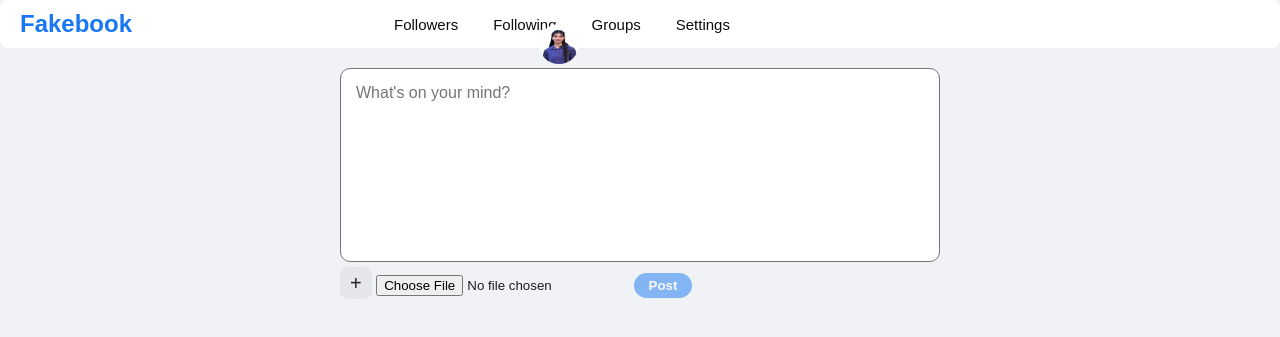
Repository: harpreetkaur2201/FAKEBOOK
Page: fakebook_profile/index.html
These files come from the project's save history. The page is drawn as it stood at one moment and after the next save; the edit follows.
The browser window is 1280 px wide. The pictures show the whole page.

Above is the page before, as saved 2025-11-14 20:00:10.

### fakebook_profile/index.html
<!doctype html>
<html lang="en">
<head>
  <meta charset="utf-8" />
  <meta name="viewport" content="width=device-width, initial-scale=1" />
  <title>Fakebook</title>
  <link rel="stylesheet" href="./assets/styles/style.css">
</head>
<body>
  <header>
    <div class="logo">Fakebook</div>
    <nav>
      <a href="#followers">Followers</a>
      <a href="#following">Following</a>
      <a href="#groups">Groups</a>
      <a href="#settings">Settings</a>
      <a href="#profile"><img id="headerAvatar" src="./assets/Profile pic.jpg" alt="Profile" class="avatar"></a>
    </nav>
  </header>

  <main>
    <section class="create-post">
      <form id="postForm">
        <textarea id="postText" placeholder="What's on your mind?" rows="9"></textarea>
        <div>
          <label for="imageInput">+</label>
            <input id="imageInput" type="file" accept="image/*">
          <button id="postBtn" type="submit" disabled>Post</button>
        </div>
      </form>
    </section>

    <section id="posts"></section>
  </main>

  <div id="modal" class="modal" aria-hidden="true">
    <div class="modal-content">
      <a href="#" id="closeModal">Close</a>
      <div>
        <div id="modalAvatar"></div>
        <h2 id="modalName">Your Name</h2>
        <p id="modalBio">Your bio will appear here.</p>
      </div>
    </div>
  </div>
    <script type="module" src="./assets/script/script.js"></script>
</body>
</html>

### fakebook_profile/assets/styles/style.css
* {
  padding: 0;
  margin: 0;
  box-sizing: border-box;
  font-family: Arial, sans-serif;
}

body {
  background: #f0f2f5;
  color: #1c1e21;

}

.container {
  max-width: 700px;
  margin: 20px auto;
  padding: 0 15px;
}

header {
  display: flex;
  justify-content: space-between;
  align-items: center;
  background: white;
  padding: 10px 20px;
  border-radius: 8px;
  color: #1877f2;
  position: relative;
}

header .logo {
  font-size: 1.5rem;
  font-weight: bold;
}

header nav {
  position: absolute;
  left: 30%;
  display: flex;
  gap: 15px;
  align-items: center;
}

header nav a {
  text-decoration: none;
  color: #0c0c0c;
  font-size: 15px;
  padding: 5px 10px;
  border-radius: 6px;
  transition: background 0.2s;
}

header nav a:hover {
  background: #e4e6eb;
}

header nav img.avatar {
  width: 40px;
  height: 40px;
  border-radius: 50%;
  position: absolute;
  right: 50%;
}

.create-post {
  max-width: 600px; /* limit width */
  margin: 20px auto; /* center form */
}

.create-post form {
  display: flex;
  flex-direction: column;
  gap: 10px;
 /* background: white;
  padding: 15px;
  margin-top: 20px;
  border-radius: 10px; */
}

.create-post label {
  cursor: pointer;
  font-size: 20px;
  background: #e4e6eb;
  padding: 5px 10px;
  border-radius: 8px;
}

#create-post input[type="file"] {
  display: none; /* hide default choose file text */
}

#create-post textarea,
.create-post textarea {
  width: 100%;
  min-height: 120px;
  padding: 15px;
  border-radius: 10px;
  font-size: 16px;
  resize: none;
}

.controls {
  display: flex;
  align-items: center;
  gap: 10px;
}

.file-label {
  background: #e4e6eb;
  padding: 5px 8px;
  border-radius: 8px;
  cursor: pointer;
}

.controls input[type="file"] {
  display: none;
}

#postBtn {
  padding: 5px 15px;
  border-radius: 20px;
  background: #1877f2;
  color: white;
  font-weight: bold;
  cursor: pointer;
  border: none;
}

#postBtn:disabled {
  opacity: 0.5;
  cursor: not-allowed;
}

.posts {
  margin-top: 20px;
  display: flex;
  flex-direction: column;
  gap: 15px;
}

.post {
  background: white;
  padding: 10px;
  border-radius: 10px;
}

.post-header {
  display: flex;
  align-items: center;
  gap: 10px;
  margin-bottom: 8px;
}

.post-header .avatar {
  width: 35px;
  height: 35px;
  border-radius: 50%;
  background: #ccc;
  display: flex;
  align-items: center;
  justify-content: center;
  color: white;
  font-weight: bold;
}

.post-body img {
  max-width: 100%;
  margin-top: 8px;
  border-radius: 8px;
}

.modal {
  position: fixed;
  inset: 0;
  background: rgba(0, 0, 0, 0.5);
  display: flex;
  justify-content: center;
  align-items: center;
  opacity: 0;
  pointer-events: none;
  transition: opacity 0.3s ease;
  z-index: 1000;
}

.modal[aria-hidden="false"] {
  opacity: 1;
  pointer-events: auto;
}

.modal-content {
  background: white;
  padding: 20px;
  border-radius: 12px;
  max-width: 400px;
  width: 90%;
  position: relative;
  box-shadow: 0 4px 10px rgba(0, 0, 0, 0.2);
  text-align: center;
}

.modal-content #closeModal {
  position: absolute;
  top: 10px;
  right: 15px;
  font-size: 1.2rem;
  text-decoration: none;
  color: #333;
}

.account-view h2 {
  margin: 10px 0 5px 0;
  font-size: 1.2rem;
}

.account-view .bio-text {
  font-size: 14px;
  color: #2d2626;
  margin-bottom: 10px;
}

.modal-avatar img {
  width: 60px;
  height: 60px;
  border-radius: 50%;
  object-fit: cover;
}

.account-view div a {
  display: inline-block;
  flex: 1;
  margin: 5px 3px;
  padding: 6px;
  border-radius: 8px;
  background: #e4e6eb;
  font-weight: 500;
  text-decoration: none;
  color: #000;
  transition: background 0.2s;
}

.account-view div a:hover {
  background: #d8dadf;
}

### fakebook_profile/assets/script/script.js
// assets/script/script.js  (make sure index.html uses this file path with type="module")
import { User } from './user.js';
import { Subscriber } from './subscriber.js';

document.addEventListener('DOMContentLoaded', () => {
  // DOM
  const postForm = document.getElementById('postForm');
  const postText = document.getElementById('postText');
  const imageInput = document.getElementById('imageInput');
  const postBtn = document.getElementById('postBtn');
  const postsContainer = document.getElementById('posts');

  const headerAvatar = document.getElementById('headerAvatar');
  const modal = document.getElementById('modal');
  const closeModalBtn = document.getElementById('closeModal');
  const modalName = document.getElementById('modalName');
  const modalBio = document.getElementById('modalBio');
  const modalAvatar = document.getElementById('modalAvatar');

  // Create Subscriber with all required properties (manually provided)
  const account = new Subscriber(
    101,                                  // id
    "Harpreet Kaur",                      // name
    "harpreet123",                        // userName
    "harpreet@example.com",               // email
    ["Food Lovers", "Travel Diaries"],    // pages (array)
    ["Winnipeg Students", "Punjabi Group"], // groups (array)
    true                                  // canMonetize (boolean)
  );

  // UI-only profile (bio + profile pic) — NOT part of the User required fields
  const accountProfile = {
    bio: "Hi! I love food and travel.",
    profilePic: "./assets/Profile pic.jpg"
  };

  // Post class uses account.getInfo() for header name
  class Post {
    constructor(userInfo, profile, text, image) {
      this.userInfo = userInfo; // object from getInfo()
      this.profile = profile;   // UI fields
      this.text = text;
      this.image = image;
      this.time = new Date();
    }

    render() {
      const postDiv = document.createElement('div');
      postDiv.className = 'post';

      // Header: avatar, name, time
      const headerDiv = document.createElement('div');
      headerDiv.className = 'post-header';

      const avatarDiv = document.createElement('div');
      avatarDiv.className = 'avatar';
      if (this.profile.profilePic) {
        avatarDiv.style.backgroundImage = `url(${this.profile.profilePic})`;
        avatarDiv.style.backgroundSize = 'cover';
        avatarDiv.style.backgroundPosition = 'center';
      } else {
        avatarDiv.textContent = this.userInfo.name.charAt(0);
      }

      const nameDiv = document.createElement('div');
      const nameEl = document.createElement('div');
      nameEl.textContent = this.userInfo.name;

      const timeEl = document.createElement('div');
      timeEl.className = 'post-meta';
      timeEl.textContent = this.time.toLocaleString();

      nameDiv.appendChild(nameEl);
      nameDiv.appendChild(timeEl);
      headerDiv.appendChild(avatarDiv);
      headerDiv.appendChild(nameDiv);

      // Body
      const bodyDiv = document.createElement('div');
      bodyDiv.className = 'post-body';
      if (this.text && this.text.trim() !== '') {
        const textP = document.createElement('p');
        textP.textContent = this.text;
        textP.style.textAlign = 'center';
        bodyDiv.appendChild(textP);
      }
      if (this.image) {
        const img = document.createElement('img');
        img.src = this.image;
        img.alt = 'Posted image';
        bodyDiv.appendChild(img);
      }

      postDiv.appendChild(headerDiv);
      postDiv.appendChild(bodyDiv);
      return postDiv;
    }
  }

  const posts = [];

  // Toggle Post button: require text OR image
  function togglePostBtn() {
    postBtn.disabled = postText.value.trim() === '' && imageInput.files.length === 0;
  }

  postText.addEventListener('input', togglePostBtn);
  imageInput.addEventListener('change', togglePostBtn);

  // Submit
  postForm.addEventListener('submit', (e) => {
    e.preventDefault();
    if (imageInput.files[0]) {
      const reader = new FileReader();
      reader.onload = () => createPost(reader.result);
      reader.readAsDataURL(imageInput.files[0]);
    } else {
      createPost(null);
    }
  });

  function createPost(imageData) {
    const userInfo = account.getInfo(); // Subscriber.getInfo() calls super.getInfo()
    const newPost = new Post(userInfo, accountProfile, postText.value, imageData);
    posts.unshift(newPost);
    renderPosts();
    postForm.reset();
    togglePostBtn();
  }

  function renderPosts() {
    postsContainer.innerHTML = '';
    posts.forEach(p => {
      if (p.text || p.image) postsContainer.appendChild(p.render());
    });
  }

  // Modal logic — USE getInfo() to populate
  headerAvatar.addEventListener('click', () => {
    const info = account.getInfo();  // <-- must come from getInfo()
    modalName.textContent = info.name;
    modalBio.textContent = accountProfile.bio || '';
    modalAvatar.innerHTML = '';
    if (accountProfile.profilePic) {
      const img = document.createElement('img');
      img.src = accountProfile.profilePic;
      img.alt = info.name;
      modalAvatar.appendChild(img);
    }

    // OPTIONAL: show subscriber details inside modal too (pages/groups)
    // Example: append below bio:
    const extra = document.createElement('div');
    extra.innerHTML = `<small>Pages: ${info.pages.join(', ') || '—'}</small><br>
                       <small>Groups: ${info.groups.join(', ') || '—'}</small><br>
                       <small>Can monetize: ${info.canMonetize}</small>`;
    modalAvatar.parentElement.appendChild(extra);

    modal.setAttribute('aria-hidden', 'false');
  });

  closeModalBtn.addEventListener('click', () => {
    modal.setAttribute('aria-hidden', 'true');
    // remove appended extra if present (clean)
    const parent = modalAvatar.parentElement;
    if (parent.lastElementChild && parent.lastElementChild.tagName === 'DIV' &&
        parent.lastElementChild.innerHTML.includes('Can monetize')) {
      parent.removeChild(parent.lastElementChild);
    }
  });

  modal.addEventListener('click', (e) => { if (e.target === modal) modal.setAttribute('aria-hidden', 'true'); });

  // initial
  togglePostBtn();
}); // end DOMContentLoaded

### fakebook_profile/assets/script/user.js
'use strict';

// user.js
export class User {
  #id;
  #name;
  #userName;
  #email;

  constructor(id, name, userName, email) {
    this.#id = id;
    this.#name = name;
    this.#userName = userName;
    this.#email = email;
  }

  getInfo() {
    return {
      id: this.#id,
      name: this.#name,
      userName: this.#userName,
      email: this.#email
    };
  }
}

### fakebook_profile/assets/script/subscriber.js
'use strict';
// subscriber.js
import { User } from './user.js';

export class Subscriber extends User {
  #pages;
  #groups;
  #canMonetize;

  constructor(id, name, userName, email, pages = [], groups = [], canMonetize = false) {
    super(id, name, userName, email);
    this.#pages = pages;
    this.#groups = groups;
    this.#canMonetize = canMonetize;
  }

  getInfo() {
    return {
      ...super.getInfo(),
      pages: this.#pages,
      groups: this.#groups,
      canMonetize: this.#canMonetize
    };
  }
}

After the next save:
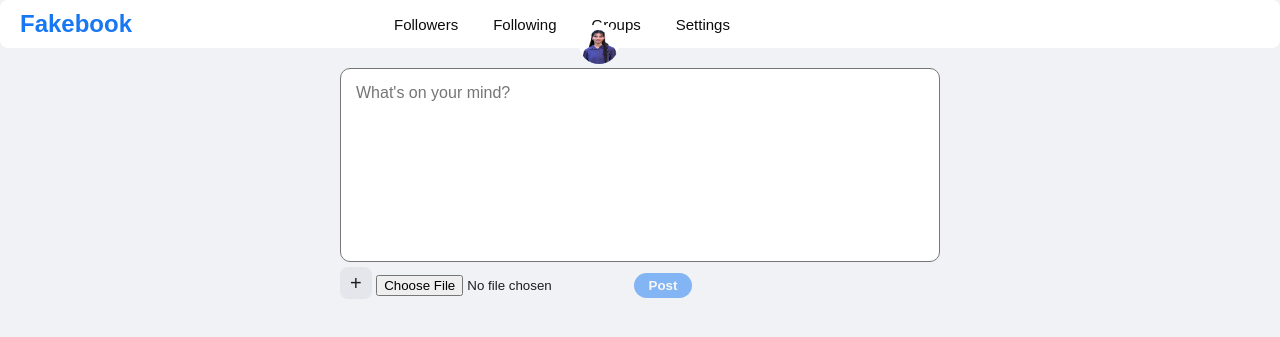
Saved 12 s later.
--- a/fakebook_profile/assets/styles/style.css
+++ b/fakebook_profile/assets/styles/style.css
@@ -59,7 +59,7 @@ header nav img.avatar {
   height: 40px;
   border-radius: 50%;
   position: absolute;
-  right: 50%;
+  left: 50%;
 }
 
 .create-post {
